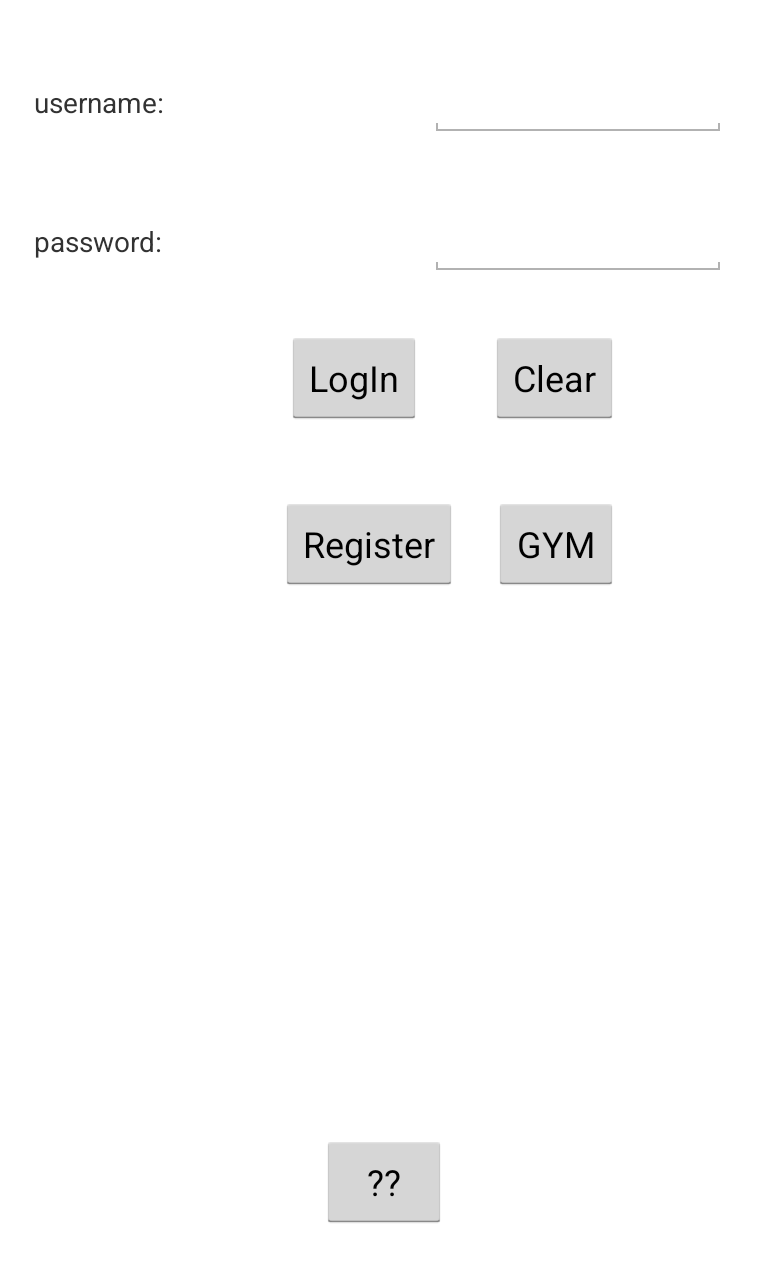
Repository: mpdehnel/seg
Layout: VectorOne/res/layout/activity_login.xml
The author's editor kept a copy of each file at every save. The layout is drawn from the files as they stood at one save, then again after a run of saves.
It is drawn on a 768 x 1280 px phone screen (xhdpi) without system bars, with theme AppTheme; the app's code is not run.

Above is the layout before, as saved 2013-03-14 03:44:22.

After the next 2 saves:
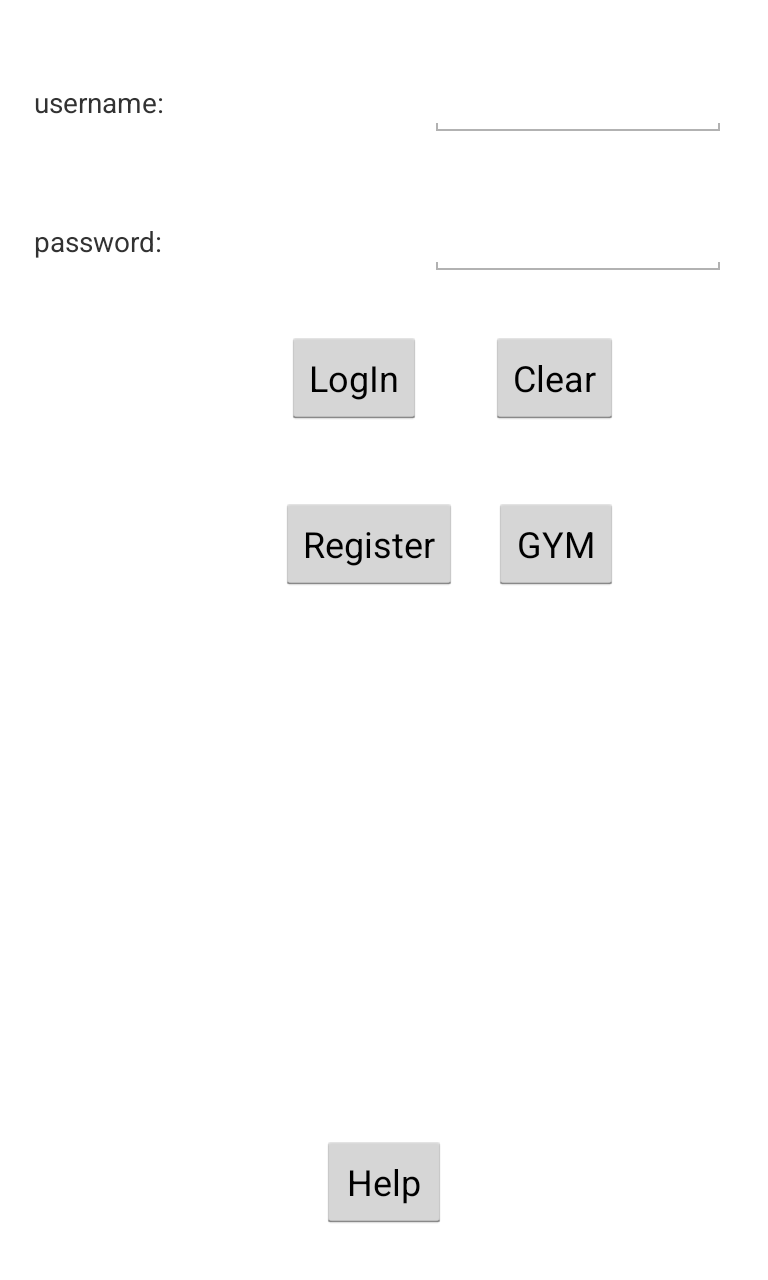
The 2 saves are shown as one change because 1 did not build or start.
The last was saved 53 s later.
--- a/VectorOne/res/layout/activity_login.xml
+++ b/VectorOne/res/layout/activity_login.xml
@@ -95,6 +95,7 @@
         android:layout_alignParentBottom="true"
         android:layout_centerHorizontal="true"
         android:layout_marginBottom="25dp"
-        android:text="??" />
+        android:text="@string/question" >
+    </Button>
 
 </RelativeLayout>
